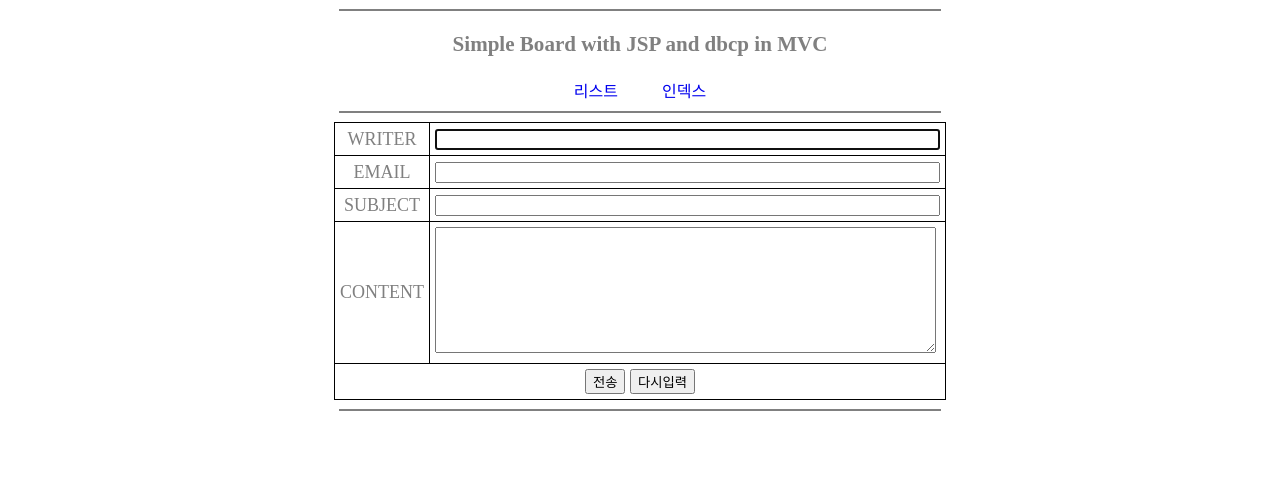
Repository: betweenhj702/Web-App-Server-Practices
Page: http://localhost/MvcPj/sm_file/write_jsp.jsp
An editor plug-in stored every save of this project. The page is shown before and after the next save, followed by the edit.
The browser window is 1280 px wide. The pictures show the whole page.
The page is served by Tomcat 9. Other server files are loaded and not shown.

Above is the page before, as saved 2021-01-06 12:47:10.

### workspace/MvcPj/WebContent/sm_file/write_jsp.jsp
<%@page contentType="text/html;charset=utf-8"%>
<!DOCTYPE html>
<html>
  <head>
    <meta charset="utf-8">
    <title>Simple Board with JSP and dbcp in MVC</title>
    <style>
		table, th, td {
		   border: 1px solid black;
		   border-collapse: collapse;
		}
		th, td {
		   padding: 5px;
		}
		a { text-decoration:none }
	</style>
	<script src="../js/check.js"></script>
	<script language="javascript">
	   function check()
	   {
	       for(var i=0; i<document.input.elements.length; i++)
		   {
		      var inputElem = document.input.elements[i]
			  if(inputElem.value == "")
			  {
			     alert("모든 값을 입력 하셔야 합니다. ");
				 return false;
			  }
		   }
			var writerval = input.writer.value;
			writerval = trim(writerval);
			pass = checkByteLen(writerval, 21);
			if(!pass){
				alert("이름 7자이하");
				input.writer.focus();
				return false;
			}
			var emailval = input.email.value;
			emailval = trim(emailval);
			pass = checkByteLen(emailval, 30);
			if(!pass){
				alert("이메일 10자이하");
				input.email.focus();
				return false;
			}
			var subjectval = input.subject.value;
			subjectval = trim(subjectval);
			pass = checkByteLen(subjectval, 30);
			if(!pass){
				alert("제목 10자이하");
				input.subject.focus();
				return false;
			}
			var contentval = input.content.value;
			contentval = trim(contentval);
			pass = checkByteLen(contentval, 600);
			if(!pass){
				alert("글 200자이하");
				input.writer.focus();
				return false;
			}
		   document.input.submit();
       }
	</script>
  </head>
  <body onload="input.writer.focus()">
	<font color="gray" size='4' face="휴먼편지체">
    <center>
	   <hr width="600" size='2' color="gray" noshade>
	      <h3> Simple Board with JSP and dbcp in MVC</h3>
		  	<font color="gray" size="3" face="휴먼편지체">
			<a href='sm.do'>리스트</a>
			&nbsp;&nbsp;&nbsp;&nbsp;&nbsp;&nbsp;&nbsp;&nbsp;&nbsp;
			<a href='../'>인덱스</a>
			</font>
	   <hr width="600" size="2" color="gray" noshade>
	</center>

	<form name="input" method="post" action="sm.do?m=insert">
	   <table border="0" width="600" align="center"  cellpadding="3" cellspacing="1" bordercolor="gray">
	      <tr>
		     <td width="30%" align="center">WRITER</td>
			 <td><input type="text" name="writer" size="60"></td>
		  </tr>
		  <tr>
		     <td align="center">EMAIL</td>
			 <td><input type="text" name="email" size="60"></td>
		  </tr>
          <tr>
		     <td align="center">SUBJECT</td>
			 <td><input type="text" name="subject" size="60"></td>
		  </tr>
		  <tr>
		     <td align="center">CONTENT</td>
			 <td><textarea  name="content" style="width:98%" rows="8" cols="60"></textarea></td>
		  </tr>
		  <tr>
		     <td colspan="2" align="center">
			    <input type="button" value="전송" onclick="check()">
				<input type="reset" value="다시입력" onclick="input.writer.focus()">
			 </td>
		  </tr>
	   </table>
	   <hr width="600" size="2" color="gray" noshade>
	</form>
	</font>
  </body>
</html>

### workspace/MvcPj/WebContent/js/check.js
function trim(str){
	while(str && str.indexOf(" ") == 0)
		str = str.substring(1);
	while(str && str.lastIndexOf(" ") == str.length-1)
		str = str.substring(0, str.length-1);
	return str;
}
function checkByteLen(str, size){
	var byteLen = getByteLen(str);
	if(byteLen <= size){
		return true;
	}else{
		return false;
	}
}
function getByteLen(str){
	return str.replace(/[\0-\x7f]|([0-\u07ff]|(.))/g,"$&$1$2").length;
}

After the next save:
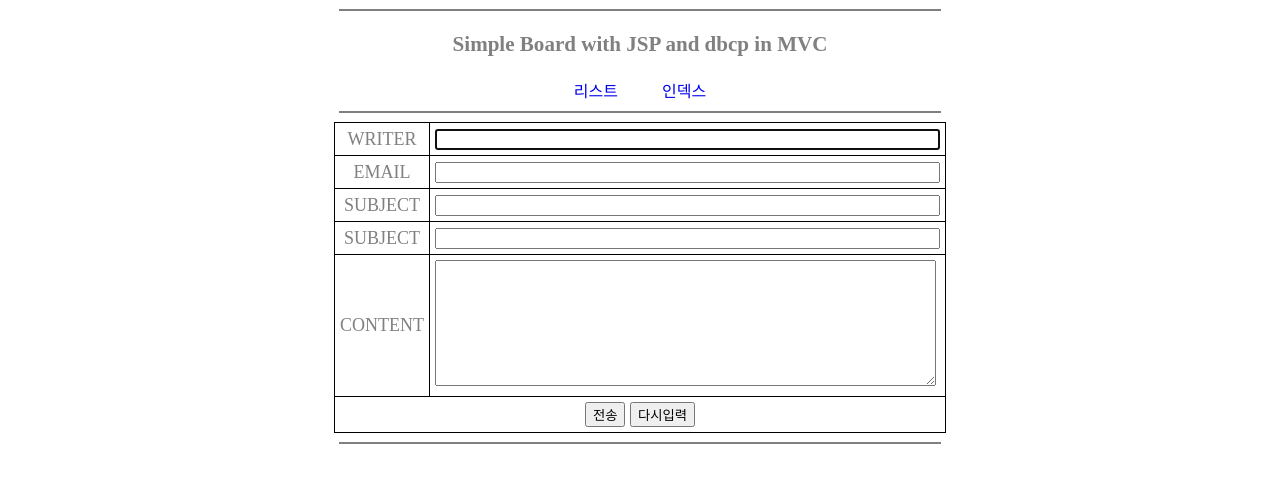
Saved 11 min 15 s later.
--- a/workspace/MvcPj/WebContent/sm_file/write_jsp.jsp
+++ b/workspace/MvcPj/WebContent/sm_file/write_jsp.jsp
@@ -90,6 +90,10 @@
 		     <td align="center">SUBJECT</td>
 			 <td><input type="text" name="subject" size="60"></td>
 		  </tr>
+		   <tr>
+		     <td align="center">SUBJECT</td>
+			 <td><input type="text" name="subject" size="60"></td>
+		  </tr>
 		  <tr>
 		     <td align="center">CONTENT</td>
 			 <td><textarea  name="content" style="width:98%" rows="8" cols="60"></textarea></td>
